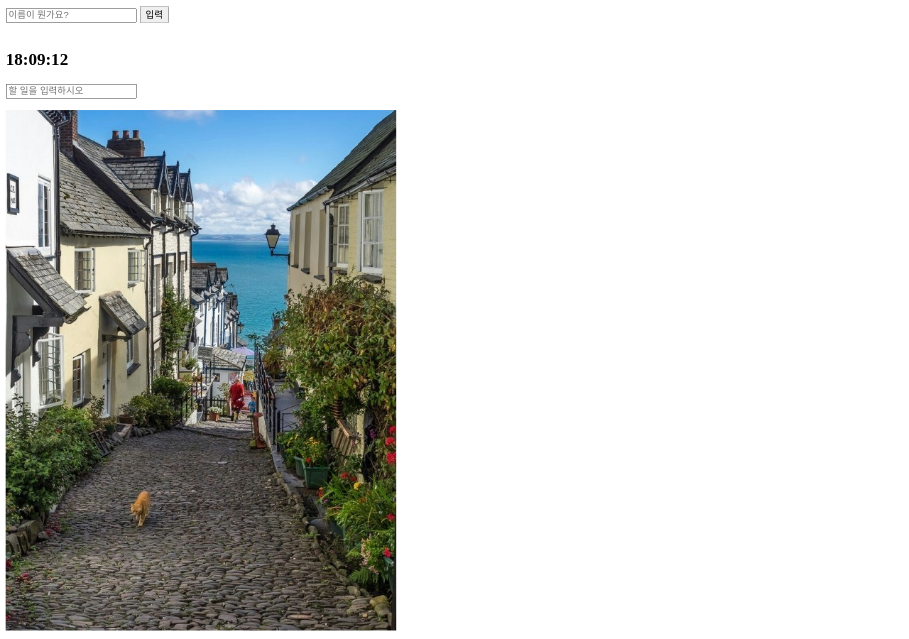
Repository: jun01270/F-E-practice
Page: index.html
An editor plug-in stored every save of this project. The page is shown before and after the next save, followed by the edit.
The browser window is 1280 px wide. The pictures show the whole page, at 71% of full size.

Above is the page before, as saved 2023-01-09 18:09:31.
Console error: TypeError: Cannot read properties of null (reading 'addEventListener')

### index.html
<!DOCTYPE html>
<html lang="en">
  <head>
    <meta charset="UTF-8" />
    <meta http-equiv="X-UA-Compatible" content="IE=edge" />
    <meta name="viewport" content="width=device-width, initial-scale=1.0" />
    <link rel="stylesheet" href="/css/style.css" />
    <title>Document</title>
  </head>
  <body>
    <form id="userName-form" class="hidden">
      <input required type="text" placeholder="이름이 뭔가요?" />
      <input type="submit" value="입력" />
    </form>
    <br />
    <h2 id="clock">00:00:00</h2>
    <form id="todo-form">
      <input type="text" placeholder="할 일을 입력하시오" />
    </form>
    <ul id="todo-list"></ul>
    <div id="quote">
      <span></span>
      <span></span>
    </div>
    <script src="/js/greeting.js"></script>
    <script src="/js/clock.js"></script>
    <script src="/js/quotes.js"></script>
    <script src="/js/background.js"></script>
    <script src="js/todo.js"></script>
    <script src="/js/weather.js"></script>
  </body>
</html>

### css/style.css
.hidden {
  display: none;
}

#background {
  size: 100%;
}

### js/greeting.js
const userNameBtn = document.querySelector("#userName-form submit");
const userName = document.querySelector("#userName-form input");
const loginForm = document.querySelector("#userName-form");
const firstH1 = document.getElementById("result");
const SavedUserName = localStorage.getItem("username");
const HIDDEN_CLASSNAME = "hidden";
const toStart = document.querySelector("button.boom");

function loginResult(e) {
  e.preventDefault();
  loginForm.classList.add(HIDDEN_CLASSNAME);
  const userName1 = userName.value;
  localStorage.setItem("username", userName1);
  paintUserName();
}

function paintUserName() {
  const userName1 = localStorage.getItem("username");
  firstH1.innerText = `Hello ${userName1}`;
  firstH1.classList.remove(HIDDEN_CLASSNAME);
}

if (SavedUserName === null) {
  loginForm.classList.remove(HIDDEN_CLASSNAME);
  loginForm.addEventListener("submit", loginResult);
} else {
  paintUserName();
}

function deleteUserName() {
  localStorage.removeItem("username");
  location.reload();
}

toStart.addEventListener("click", deleteUserName);
console.log(toStart.className);

### js/clock.js
const clock = document.querySelector("h2#clock");

function getClock() {
  const date = new Date();
  let Hours = String(date.getHours()).padStart(2, "0");
  let Minutes = String(date.getMinutes()).padStart(2, "0");
  let Seconds = String(date.getSeconds()).padStart(2, "0");
  console.log(`${date.getHours()}:${date.getMinutes()}:${date.getSeconds()}`);
  clock.innerText = `${Hours}:${Minutes}:${Seconds}`;
}

getClock();
setInterval(getClock, 1000);

### js/quotes.js
const quotes = [
  {
    quote: "삶이 있는 한 희망은 있다",
    author: "-키케로",
  },
  {
    quote: "산다는것 그것은 치열한 전투이다.",
    author: "-로망로랑",
  },
  {
    quote: "하루에 3시간을 걸으면 7년 후에 지구를 한바퀴 돌 수 있다. ",
    author: "-사무엘존슨",
  },
  {
    quote: "언제나 현재에 집중할수 있다면 행복할것이다. ",
    author: "-파울로 코엘료",
  },
  {
    quote:
      "진정으로 웃으려면 고통을 참아야하며 , 나아가 고통을 즐길 줄 알아야 해 ",
    author: "-찰리 채플린",
  },
  {
    quote: "직업에서 행복을 찾아라. 아니면 행복이 무엇인지 절대 모를 것이다 ",
    author: "-엘버트 허버드",
  },
  {
    quote: "신은 용기있는자를 결코 버리지 않는다 ",
    author: "-켄러",
  },
  {
    quote:
      "행복의 문이 하나 닫히면 다른 문이 열린다 그러나 우리는 종종 닫힌 문을 멍하니 바라보다가 우리를 향해 열린 문을 보지 못하게 된다 ",
    author: "–헬렌켈러",
  },
  {
    quote: "피할수 없으면 즐겨라 ",
    author: "–로버트 엘리엇",
  },
];
const quoteCount = quotes.length;
const quote = document.querySelector("#quote span:first-child");
const author = document.querySelector("#quote span:last-child");
const todaysQuote = quotes[Math.floor(Math.random() * quoteCount)];

function showQuote() {
  console.log(quotes[Math.floor(Math.random() * quoteCount)]);
  quote.innerText = todaysQuote.quote;
  author.innerText = todaysQuote.author;
}

// setInterval(showQuote, 1000);

### js/background.js
const images = ["flower.jpg", "street.jpg", "tree.jpg"];
const chosenImage = images[Math.floor(Math.random() * images.length)];
const bgImage = document.createElement("img");
bgImage.id = "background";
console.log(bgImage.id);

bgImage.src = `img/${chosenImage}`;

document.body.appendChild(bgImage);

### js/todo.js
const toDoForm = document.getElementById("todo-form");
const toDoInput = document.querySelector("#todo-form input");
const toDoLi = document.querySelector("#todo-list li");
const toDoList = document.getElementById("todo-list");
const TODOS_KEY = "todos";
let toDos = [];

function saveToDoLists() {
  localStorage.setItem(TODOS_KEY, JSON.stringify(toDos));
}

function deleteToDo(e) {
  const todoLi = e.target.parentNode;
  todoLi.remove();
  const cleanToDos = toDos.filter((toDo) => toDo.id !== todoLi.id);
  toDos = cleanToDos;
  saveToDoLists();
}

function paintToDo(newToDoObj) {
  const listOfToDo = document.createElement("li");
  listOfToDo.id = newToDoObj.Id;
  const span = document.createElement("span");
  span.innerText = newToDoObj.text;
  const deleteButton = document.createElement("button");
  deleteButton.innerText = "X";
  deleteButton.addEventListener("click", deleteToDo);
  listOfToDo.appendChild(span);
  listOfToDo.appendChild(deleteButton);
  toDoList.appendChild(listOfToDo);
}

function handleToDoSubmit(e) {
  e.preventDefault();
  const newToDo = toDoInput.value;
  toDoInput.value = "";
  const newToDoObj = {
    text: newToDo,
    id: toDos.length + 1,
  };
  toDos.push(newToDoObj);
  paintToDo(newToDoObj);
  saveToDoLists();
}

toDoForm.addEventListener("submit", handleToDoSubmit);

const getToDo = localStorage.getItem(TODOS_KEY);
if (getToDo !== null) {
  const parseToDo = JSON.parse(getToDo);
  toDos = parseToDo;
  parseToDo.forEach(paintToDo);
}

### js/weather.js
const API_KEY = "fbf7375beaa21a73574692bdaef4a2e7";

function onGeoSuc(position) {
  const lat = position.coords.latitude;
  const lon = position.coords.longitude;
  console.log("Your position is", lat, lon);
  const url = `https://api.openweathermap.org/geo/1.0/reverse?lat=${lat}&lon=${lon}&limit={limit}&appid=${API_KEY}`;
  console.log(url);
}

function onGeoErr() {
  alert("위치를 찾을 수 없습니다.");
}
navigator.geolocation.getCurrentPosition(onGeoSuc, onGeoErr);

After the next save:
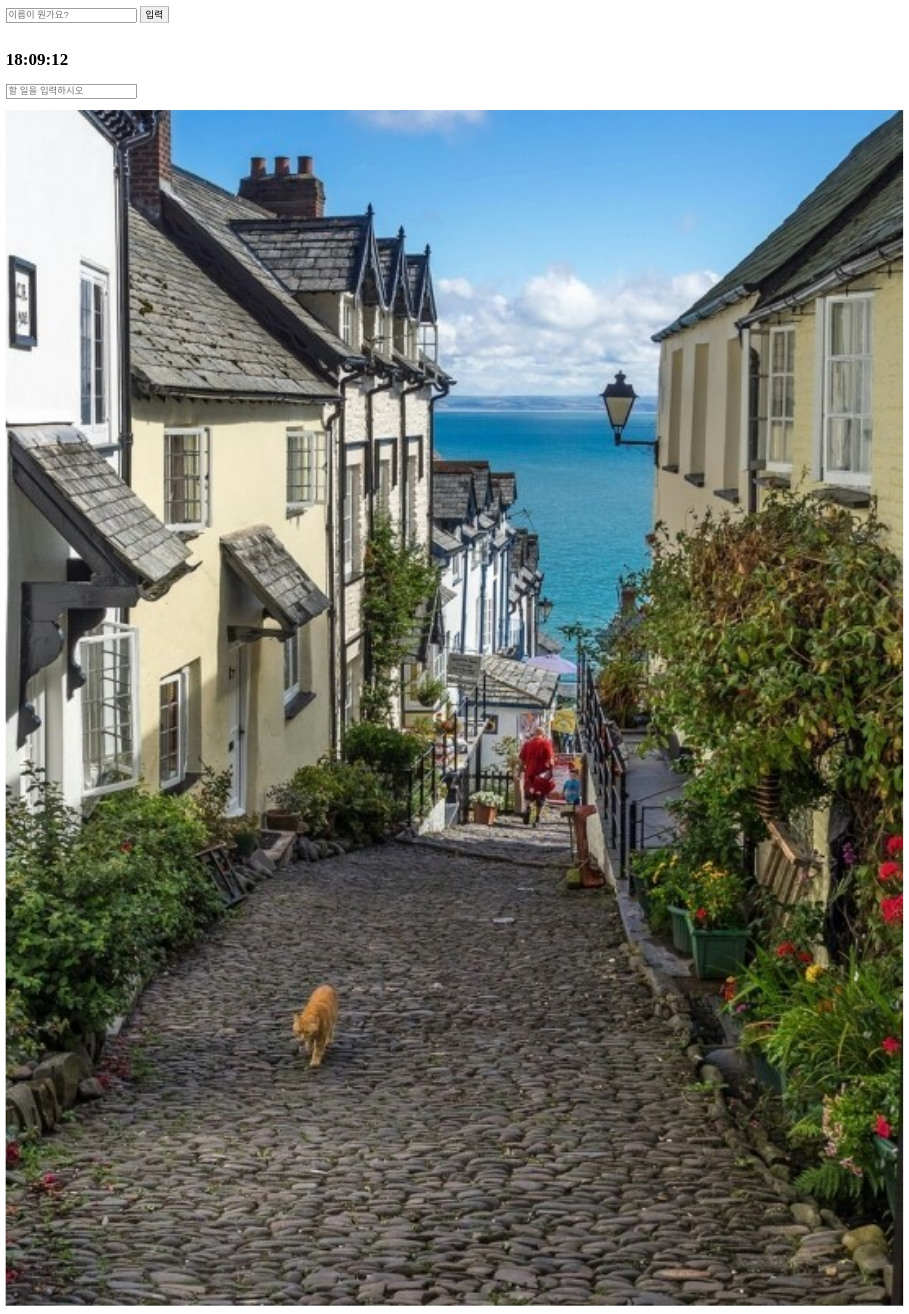
Saved 50 s later.
--- a/css/style.css
+++ b/css/style.css
@@ -3,5 +3,6 @@
 }
 
 #background {
-  size: 100%;
+  width: 100%;
+  height: 100%;
 }
